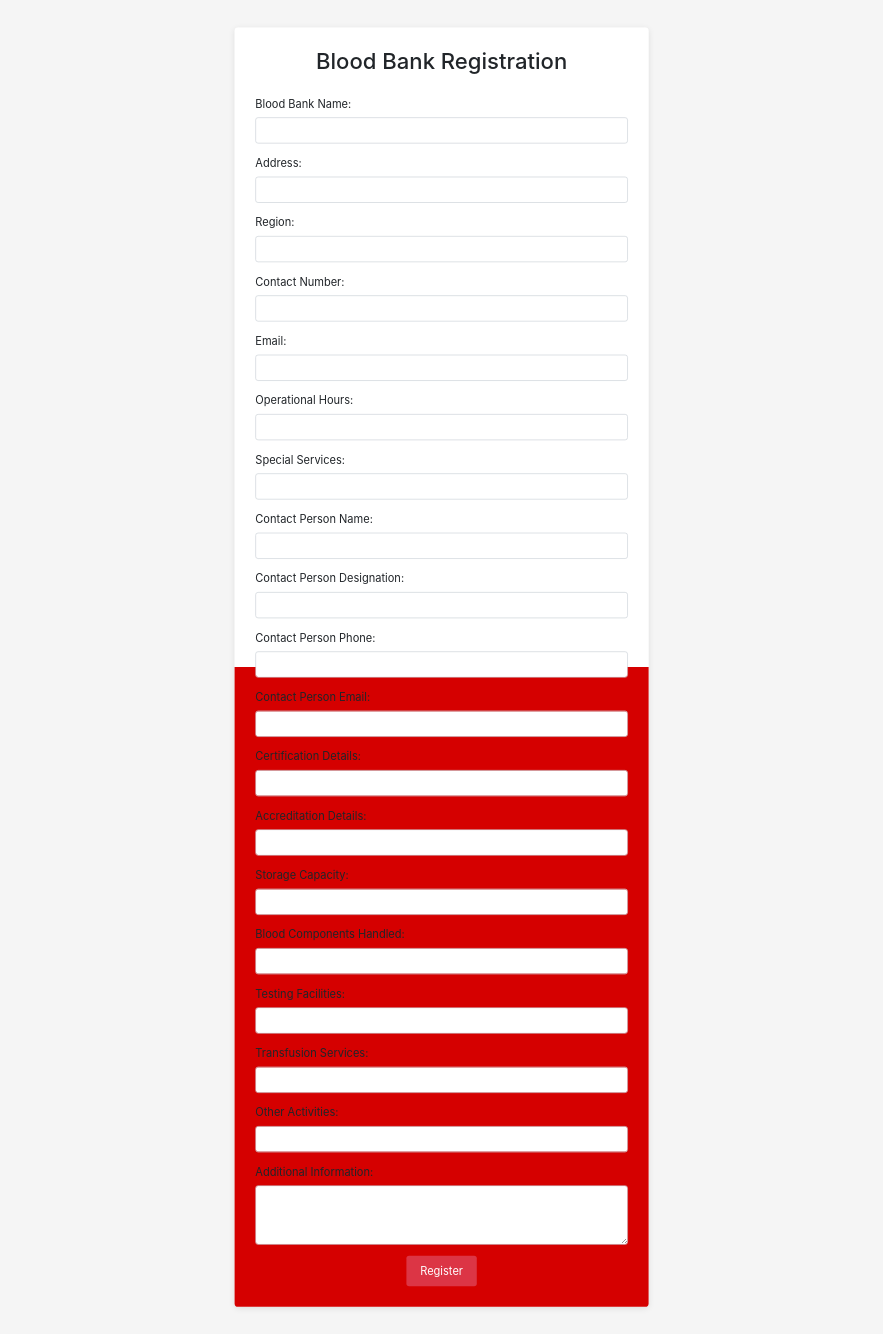
Repository: omi4535/Decentralized_Blood_Bank_System
Page: http://localhost/blood_bank_system/registration.jsp
An editor plug-in stored every save of this project. The page is shown before and after a run of saves, followed by the edit.
The browser window is 1280 px wide. The pictures show the whole page, at 69% of full size.
Some web libraries are served in a nearby version. The page is served by Tomcat 9. Other server files are loaded and not shown.

Above is the page before, as saved 2023-07-03 07:58:08.

### blood bank system/src/main/webapp/registration.jsp
<%@ page language="java" contentType="text/html; charset=UTF-8"
    pageEncoding="UTF-8"%>
<!DOCTYPE html>
<html lang="en">

<head>
  <meta charset="UTF-8">
  <meta name="viewport" content="width=device-width, initial-scale=1.0">
  <title>Blood Bank Registration</title>
  <link rel="stylesheet" href="https://stackpath.bootstrapcdn.com/bootstrap/4.5.0/css/bootstrap.min.css">
  <style>
    body {
     background-color: #F5F5F5;
    }

    .container {
      max-width: 600px;
      margin: 40px auto;
      background: linear-gradient(to bottom, #FFFFFF, #FFFFFF 50%, #D50000 50%);

      padding: 30px;
      border-radius: 5px;
      box-shadow: 0px 2px 10px rgba(0, 0, 0, 0.1);
    }

    h2 {
      margin-bottom: 30px;
      text-align: center;
    }

    .btn-register {
      background-color: #dc3545;
      border: none;
      padding: 10px 20px;
    }

    .btn-register:hover {
      background-color: #c82333;
    }
    .form{
    	background-color:#D50000;
    }
  </style>
</head>

<body>
  <div class="container" >
  <div class="form_regi">
    <h2>Blood Bank Registration</h2>
    <form >
      <div class="form-group">
        <label for="name">Blood Bank Name:</label>
        <input type="text" class="form-control" id="name" required>
      </div>
      <div class="form-group">
        <label for="address">Address:</label>
        <input type="text" class="form-control" id="address" required>
      </div>
      <div class="form-group">
        <label for="region">Region:</label>
        <input type="text" class="form-control" id="region" required>
      </div>
      <div class="form-group">
        <label for="contactNumber">Contact Number:</label>
        <input type="tel" class="form-control" id="contactNumber" required>
      </div>
      <div class="form-group">
        <label for="email">Email:</label>
        <input type="email" class="form-control" id="email" required>
      </div>
      <div class="form-group">
        <label for="operationalHours">Operational Hours:</label>
        <input type="text" class="form-control" id="operationalHours" required>
      </div>
      <div class="form-group">
        <label for="specialServices">Special Services:</label>
        <input type="text" class="form-control" id="specialServices" required>
      </div>
      <div class="form-group">
        <label for="contactPersonName">Contact Person Name:</label>
        <input type="text" class="form-control" id="contactPersonName" required>
      </div>
      <div class="form-group">
        <label for="contactPersonDesignation">Contact Person Designation:</label>
        <input type="text" class="form-control" id="contactPersonDesignation" required>
      </div>
      <div class="form-group">
        <label for="contactPersonPhone">Contact Person Phone:</label>
        <input type="tel" class="form-control" id="contactPersonPhone" required>
      </div>
      <div class="form-group">
        <label for="contactPersonEmail">Contact Person Email:</label>
        <input type="email" class="form-control" id="contactPersonEmail" required>
      </div>
      <div class="form-group">
        <label for="certificationDetails">Certification Details:</label>
        <input type="text" class="form-control" id="certificationDetails" required>
      </div>
      <div class="form-group">
        <label for="accreditationDetails">Accreditation Details:</label>
        <input type="text" class="form-control" id="accreditationDetails" required>
      </div>
      <div class="form-group">
        <label for="storageCapacity">Storage Capacity:</label>
        <input type="number" class="form-control" id="storageCapacity" required>
      </div>
      <div class="form-group">
        <label for="bloodComponentsHandled">Blood Components Handled:</label>
        <input type="text" class="form-control" id="bloodComponentsHandled" required>
      </div>
      <div class="form-group">
        <label for="testingFacilities">Testing Facilities:</label>
        <input type="text" class="form-control" id="testingFacilities" required>
      </div>
      <div class="form-group">
        <label for="transfusionServices">Transfusion Services:</label>
        <input type="text" class="form-control" id="transfusionServices" required>
      </div>
      <div class="form-group">
        <label for="otherActivities">Other Activities:</label>
        <input type="text" class="form-control" id="otherActivities" required>
      </div>
      <div class="form-group">
        <label for="additionalInformation">Additional Information:</label>
        <textarea class="form-control" id="additionalInformation" rows="3"></textarea>
      </div>
      <div class="text-center">
        <button type="submit" class="btn btn-register text-white">Register</button>
      </div>
    </form>
    </div>
  </div>

  <script src="https://code.jquery.com/jquery-3.5.1.slim.min.js"></script>
  <script src="https://cdn.jsdelivr.net/npm/@popperjs/core@2.5.3/dist/umd/popper.min.js"></script>
  <script src="https://stackpath.bootstrapcdn.com/bootstrap/4.5.0/js/bootstrap.min.js"></script>
</body>

</html>

After the next 2 saves:
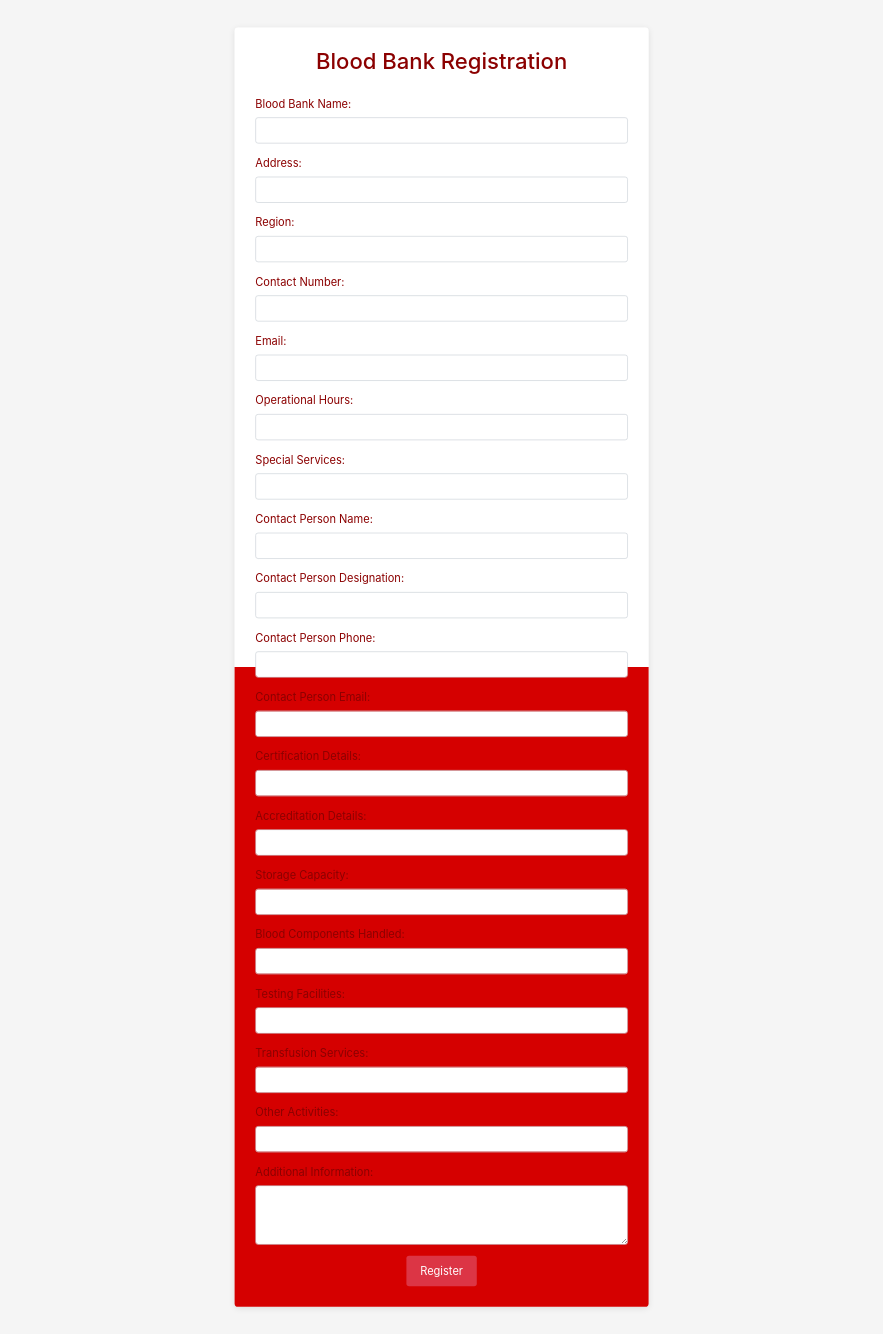
The 2 saves are shown as one change because they came seconds apart.
The last was saved 37 s later.
--- a/blood bank system/src/main/webapp/registration.jsp
+++ b/blood bank system/src/main/webapp/registration.jsp
@@ -11,6 +11,10 @@
   <style>
     body {
      background-color: #F5F5F5;
+    }
+
+    .form_regi{
+     	color:#8B0000;
     }
 
     .container {
